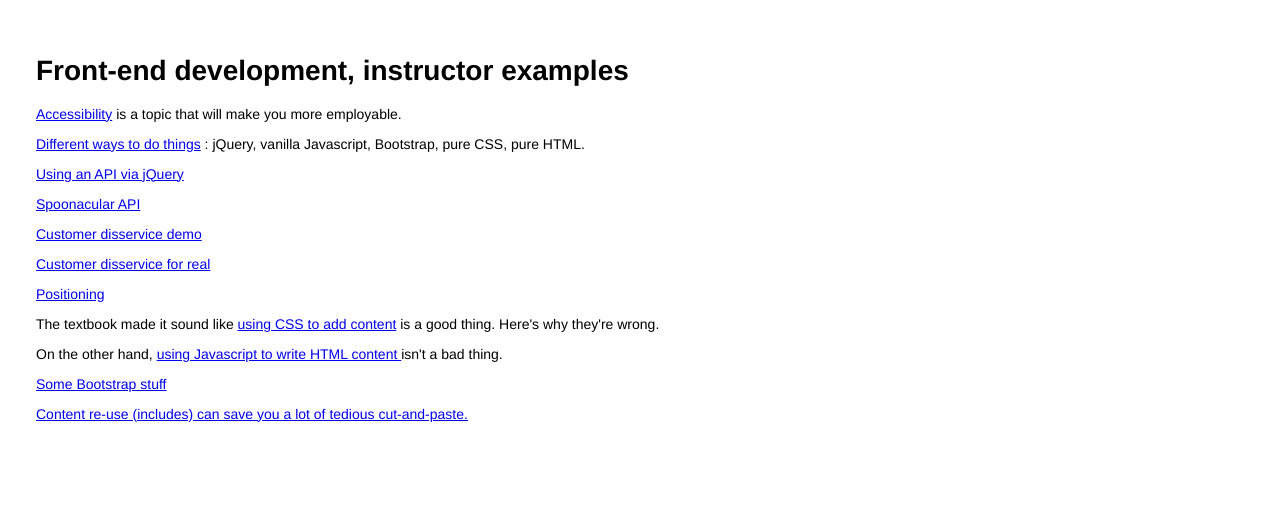
Repository: alboss/bit-175
Page: docs/index.html
An editor plug-in stored every save of this project. The page is shown before and after the next save, followed by the edit.
The browser window is 1280 px wide. The pictures show the whole page.

Above is the page before, as saved 2023-05-10 15:26:51.

After the next save:
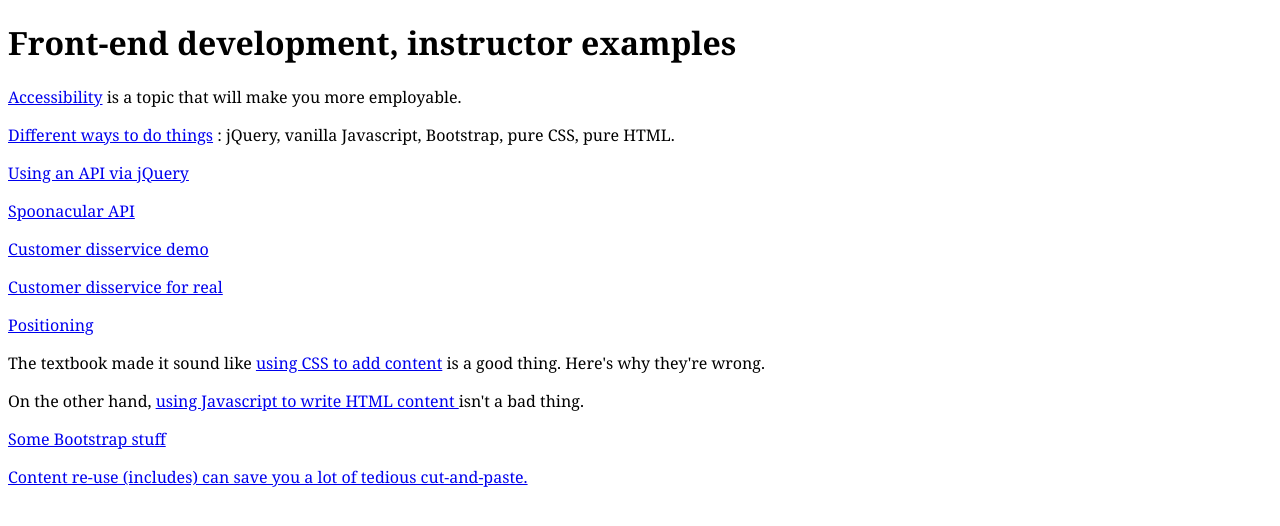
Saved 14 s later.
--- a/docs/index.html
+++ b/docs/index.html
@@ -5,7 +5,7 @@
     <meta http-equiv="X-UA-Compatible" content="IE=edge" />
     <meta name="viewport" content="width=device-width, initial-scale=1.0" />
     <title>Front-end Development, BIT 175, Cascadia College</title>
-    <link rel="stylesheet" type="text/css" href="./styles/styles.css" />
+    <link rel="stylesheet" type="text/css" href="/styles/styles.css" />
   </head>
 
   <body>
